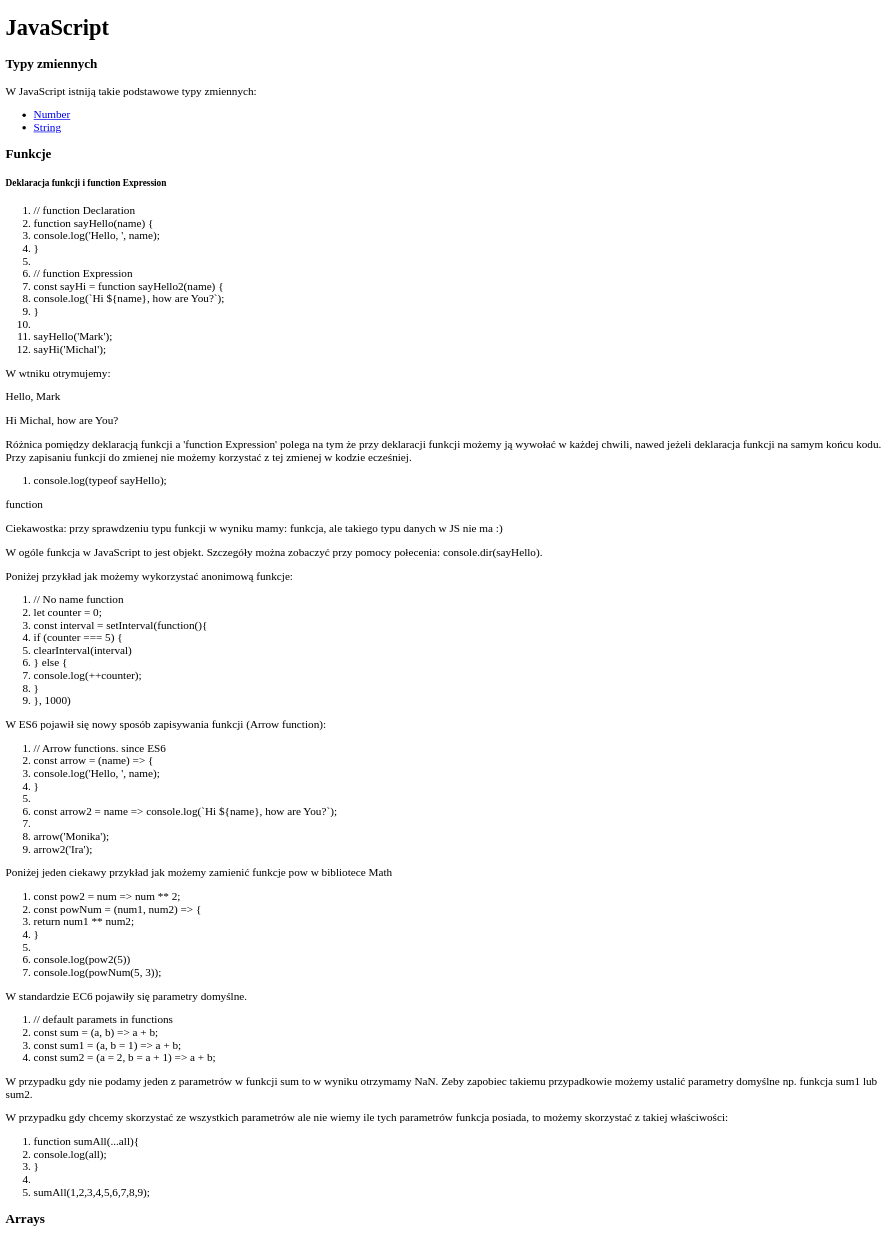
Repository: romanstetsiuk1/JS_learn
Page: noteJavaScript.html
An editor plug-in stored every save of this project. The page is shown before and after the next save, followed by the edit.
The browser window is 1280 px wide. The pictures show the whole page, at 70% of full size.

Above is the page before, as saved 2020-09-08 17:26:28.

### noteJavaScript.html
<!DOCTYPE html>
<html lang="en, pl">
<head>
  <meta charset="UTF-8">
  <title>Java Script</title>
</head>
<body>

  <main>
    <h1>JavaScript</h1>

    <article>
      <h3>Typy zmiennych</h3>
      <p>W JavaScript istniją takie podstawowe typy zmiennych:</p>
      <ul>
        <li><a href="number.html">Number</a></li>
        <li><a href="stringType.html">String</a></li>
      </ul>
    </article>

    <article>
      <h3>Funkcje</h3>
      <h5>Deklaracja funkcji i function Expression</h5>
        <div class="vsCode">
          <ol>
            <li>// function Declaration</li>
            <li>function sayHello(name) {</li>
            <li>  console.log('Hello, ', name);</li>
            <li>}</li>
            <li></li>
            <li>// function Expression</li>
            <li>const sayHi = function sayHello2(name) {</li>
            <li>console.log(`Hi ${name}, how are You?`);</li>
            <li>}</li>
            <li></li>
            <li>sayHello('Mark');</li>
            <li>sayHi('Michal');</li>
          </ol>
        </div>
        <p>W wtniku otrymujemy:</p>
        <div class="resultInConsole">
          <p>Hello,  Mark</p>
          <p>Hi Michal, how are You?</p>
        </div>
        <p>Różnica pomiędzy deklaracją funkcji a 'function Expression'
          polega na tym że przy deklaracji funkcji możemy ją wywołać w
          każdej chwili, nawed jeżeli deklaracja funkcji na samym końcu
          kodu. Przy zapisaniu funkcji do zmienej nie możemy korzystać
          z tej zmienej w kodzie ecześniej.
        </p>
        <div class="vsCode">
          <ol>
            <li>console.log(typeof sayHello);</li>
          </ol>
        </div>
        <div class="resultInConsole">
          <p>function</p>
        </div>
        <p>Ciekawostka: przy sprawdzeniu typu funkcji w wyniku mamy: funkcja,
          ale takiego typu danych w JS nie ma :)
        </p>
        <p>W ogóle funkcja w JavaScript to jest objekt. Szczegóły można zobaczyć
          przy pomocy połecenia: console.dir(sayHello).
        </p>

        <p>Poniżej przykład jak możemy wykorzystać anonimową funkcje:</p>
        <div class="vsCode">
          <ol>
            <li>// No name function</li>
            <li>let counter = 0;</li>
            <li>const interval = setInterval(function(){</li>
            <li>if (counter === 5) {</li>
            <li>clearInterval(interval)</li>
            <li>} else {</li>
            <li>console.log(++counter);</li>
            <li>}</li>
            <li>}, 1000)</li>
          </ol>
        </div>

        <p>W ES6 pojawił się nowy sposób zapisywania funkcji (Arrow function):</p>
        <div class="vsCode">
          <ol>
            <li>// Arrow functions. since ES6</li>
            <li>const arrow = (name) => {</li>
            <li>console.log('Hello, ', name);</li>
            <li>}</li>
            <li></li>
            <li>const arrow2 = name => console.log(`Hi ${name}, how are You?`);</li>
            <li></li>
            <li>arrow('Monika');</li>
            <li>arrow2('Ira');</li>
          </ol>
        </div>

        <p>Poniżej jeden ciekawy przykład jak możemy zamienić funkcje pow w
          bibliotece Math
        </p>
        <div class="vsCode">
          <ol>
            <li>const pow2 = num => num ** 2;</li>
            <li>const powNum = (num1, num2) => {</li>
            <li>return num1 ** num2;</li>
            <li>}</li>
            <li></li>
            <li>console.log(pow2(5))</li>
            <li>console.log(powNum(5, 3));</li>
          </ol>
        </div>

        <p>W standardzie EC6 pojawiły się parametry domyślne.</p>
        <div class="vsCode">
          <ol>
            <li>// default paramets in functions</li>
            <li>const sum = (a, b) => a + b;</li>
            <li>const sum1 = (a, b = 1) => a + b;</li>
            <li>const sum2 = (a = 2, b = a + 1) => a + b;</li>
          </ol>
        </div>
        <p>W przypadku gdy nie podamy jeden z parametrów w funkcji sum
          to w wyniku otrzymamy NaN. Zeby zapobiec takiemu przypadkowie
          możemy ustalić parametry domyślne np. funkcja sum1 lub sum2.
        </p>

        <p>W przypadku gdy chcemy skorzystać ze wszystkich parametrów ale nie wiemy
          ile tych parametrów funkcja posiada, to możemy skorzystać z takiej właściwości:
        </p>
        <div class="vsCode">
          <ol>
            <li>function sumAll(...all){</li>
            <li>console.log(all);</li>
            <li>}</li>
            <li></li>
            <li>sumAll(1,2,3,4,5,6,7,8,9);</li>
          </ol>
        </div>

    </article>
    <article>
      <h3>Arrays</h3>

    </article>

  </main>


  <!-- <script src="functionExample.js"></script> -->
  <script src="arraysExample.js"></script>
</body>
</html>

### arraysExample.js
const names = ['Leo', 'Nina', 'Mark', 'Dominika'];

// Method
names.push('Jack');
console.log(names);
names.unshift('Marta');
console.log(names);

const firstItem = names.shift;
console.log(firstItem);
console.log(names);

After the next save:
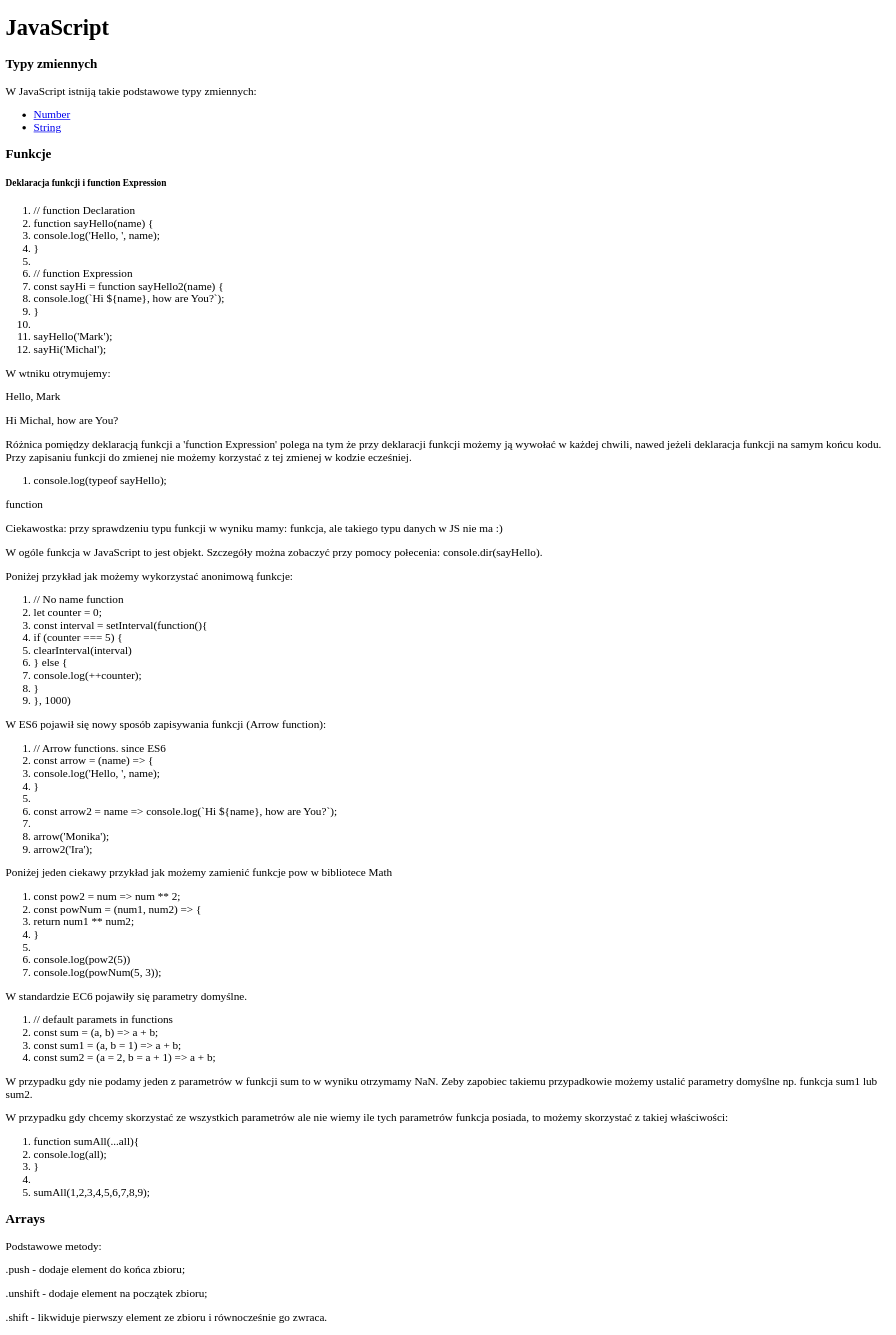
Saved 5 s later.
--- a/noteJavaScript.html
+++ b/noteJavaScript.html
@@ -138,6 +138,10 @@
     </article>
     <article>
       <h3>Arrays</h3>
+      <p>Podstawowe metody:</p>
+      <p>.push - dodaje element do końca zbioru;</p>
+      <p>.unshift - dodaje element na początek zbioru;</p>
+      <p>.shift - likwiduje pierwszy element ze zbioru i równocześnie go zwraca.</p>
 
     </article>
 
